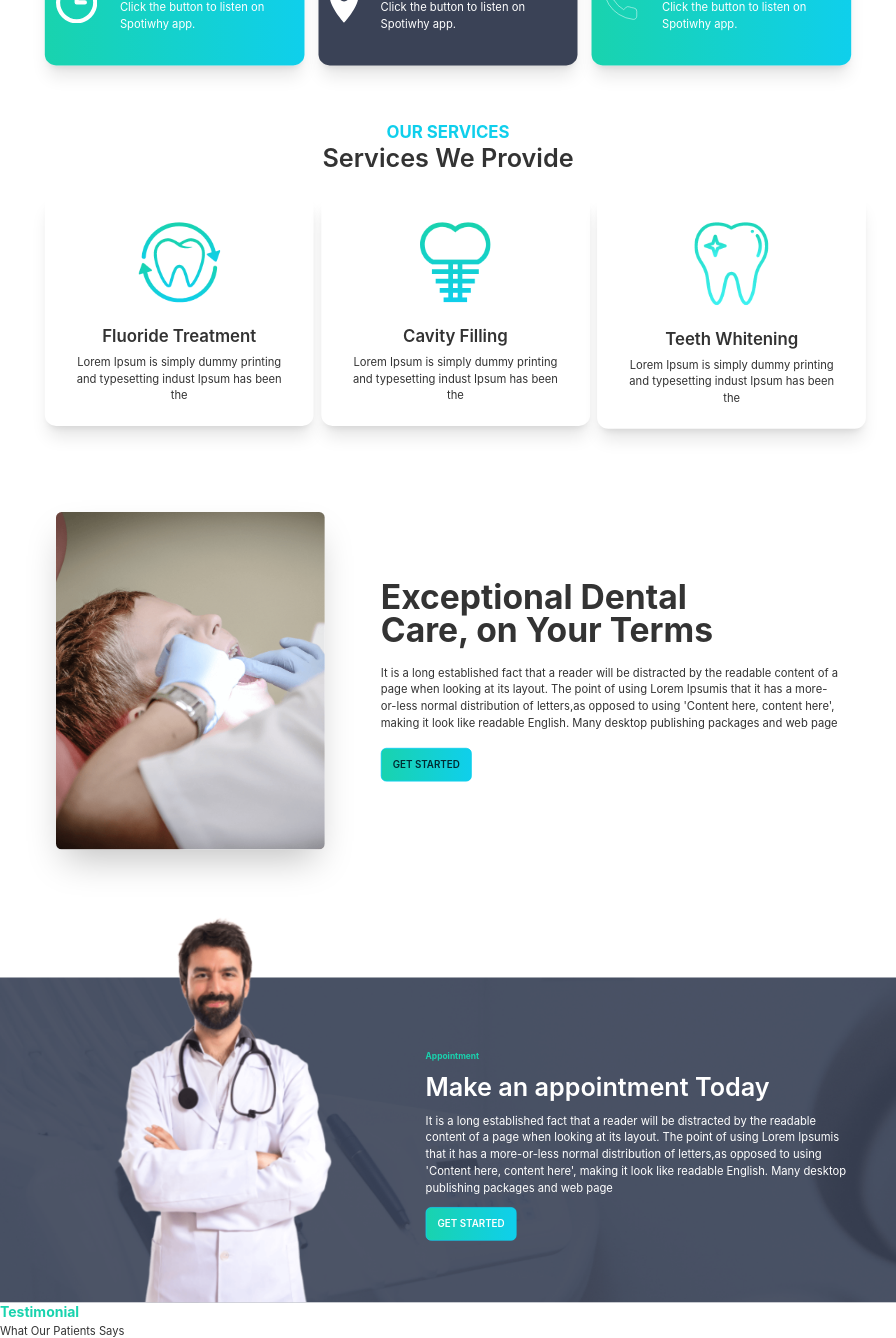
Repository: Tanvir3744/Doctors-client-website
Page: /
The author's editor kept a copy of each file at every save. The page is drawn from the files as they stood at one save, then again after the next save.
The browser window is 1280 px wide. The pictures show the part of the page from y = 759 to 2679 px (the page is 2671 px tall before and 2679 px after), at 70% of full size.
The project was rebuilt for these pictures with package versions that can differ from the ones it lists, and the page was loaded fresh each time. Also part of the build but not shown: src/Pages/About/About.js, src/Pages/Login/Login.js, src/Pages/NotFound/NotFound.js.

Above is the page before, as saved 2022-05-25 22:33:34.

After the next save:
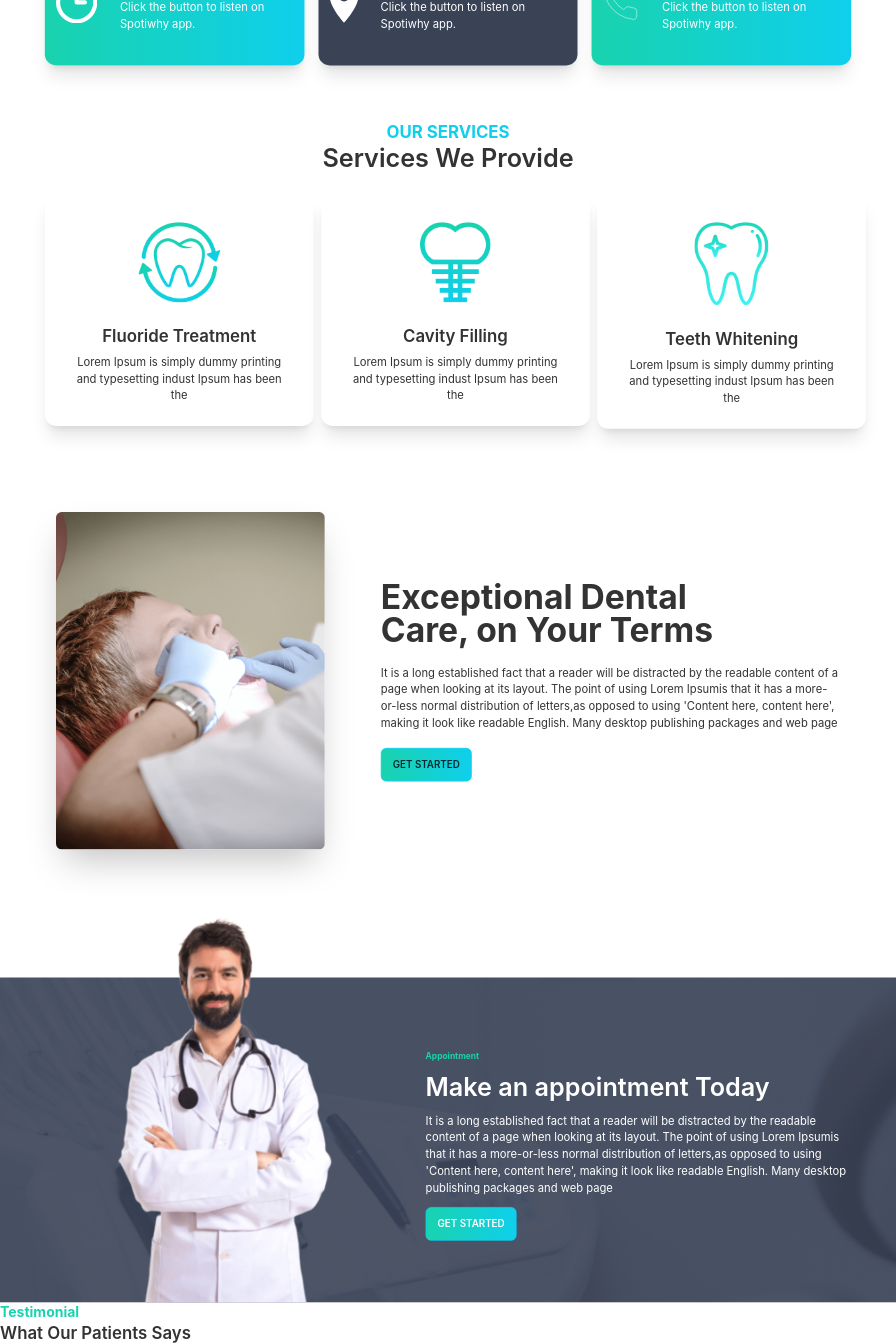
Saved 21 s later.
--- a/src/Pages/Home/Testimonials.js
+++ b/src/Pages/Home/Testimonials.js
@@ -5,7 +5,7 @@ const Testimonials = () => {
         <div>
             <div>
                 <h3 className='text-xl text-secondary font-bold'>Testimonial</h3>
-                <h2>What Our Patients Says</h2>
+                <h2 className='text-2xl font-semibold'>What Our Patients Says</h2>
            </div>
         </div>
     );
